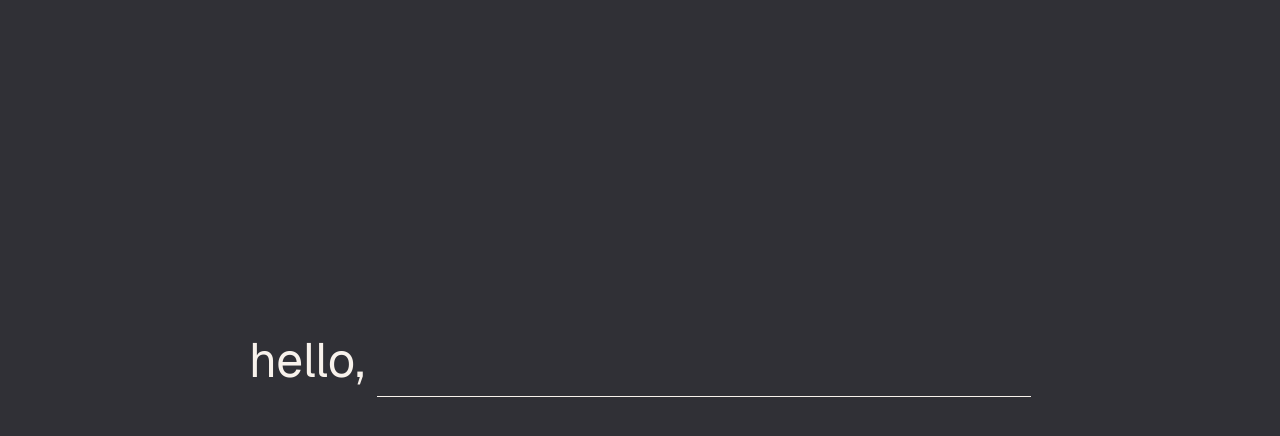
Repository: zhangolivia7/rot-recovery
Page: /
An editor plug-in stored every save of this project. The page is shown before and after the next save, followed by the edit.
The browser window is 1280 px wide. The pictures show the whole page.
An inner scrolling area shows only its first screen. The project was rebuilt for these pictures with package versions that can differ from the ones it lists, and the page was loaded fresh each time. The framework's server and built-in components were replaced by stand-ins that run in the browser. Also part of the build but not shown: next.config.ts.

Above is the page before, as saved 2025-03-15 21:13:04.

After the next save:
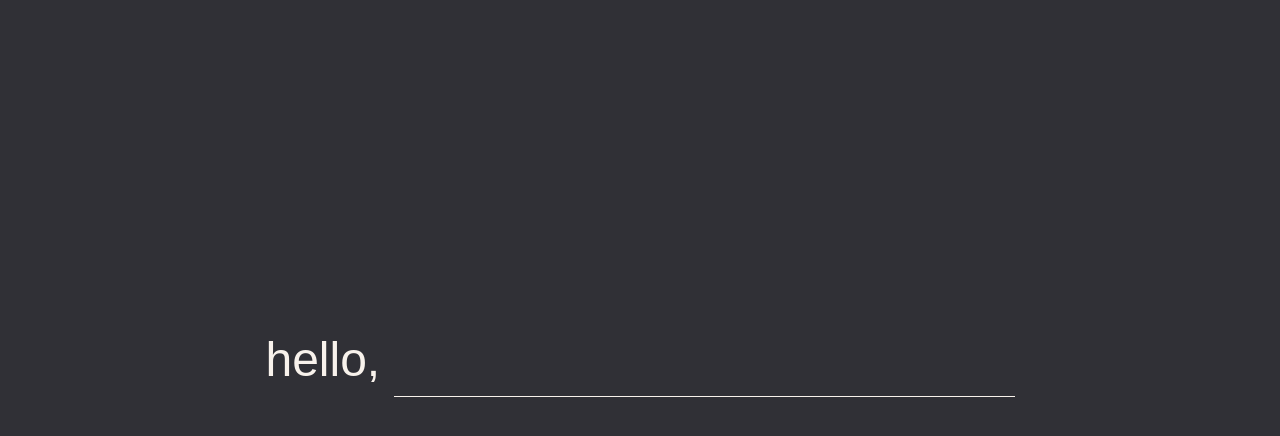
Saved 4 min 41 s later.
--- a/src/app/page.tsx
+++ b/src/app/page.tsx
@@ -1,13 +1,26 @@
-import Image from "next/image";
-
 export default function Home() {
   return (
-    <div className="grid grid-rows-[20px_1fr_20px] items-center justify-items-center min-h-screen p-8 pb-20 gap-16 sm:p-20 font-[family-name:var(--font-geist-sans)]">
-      <main className="flex flex-col gap-[32px] row-start-2 items-center sm:items-start">
-        <div>
-          <h1>hello, <input type="text" id="helloText"></input></h1>
-        </div>
-      </main>
+    <div className="h-screen overflow-y-scroll snap-y snap-mandatory">
+      {/* Section 1 */}
+      <section className="h-screen flex justify-center items-center snap-start">
+        <main className="flex flex-col gap-[32px] row-start-2 items-center sm:items-start">
+          <div>
+            <h1>
+              hello, <input type="text" id="helloText" />
+            </h1>
+          </div>
+        </main>
+      </section>
+
+      {/* Section 2 */}
+      <section className="h-screen flex justify-center items-center snap-start bg-gray-800">
+        <h1 className="text-3xl">Second Section</h1>
+      </section>
+
+      {/* Section 3 */}
+      <section className="h-screen flex justify-center items-center snap-start bg-gray-600">
+        <h1 className="text-3xl">Third Section</h1>
+      </section>
     </div>
   );
 }
